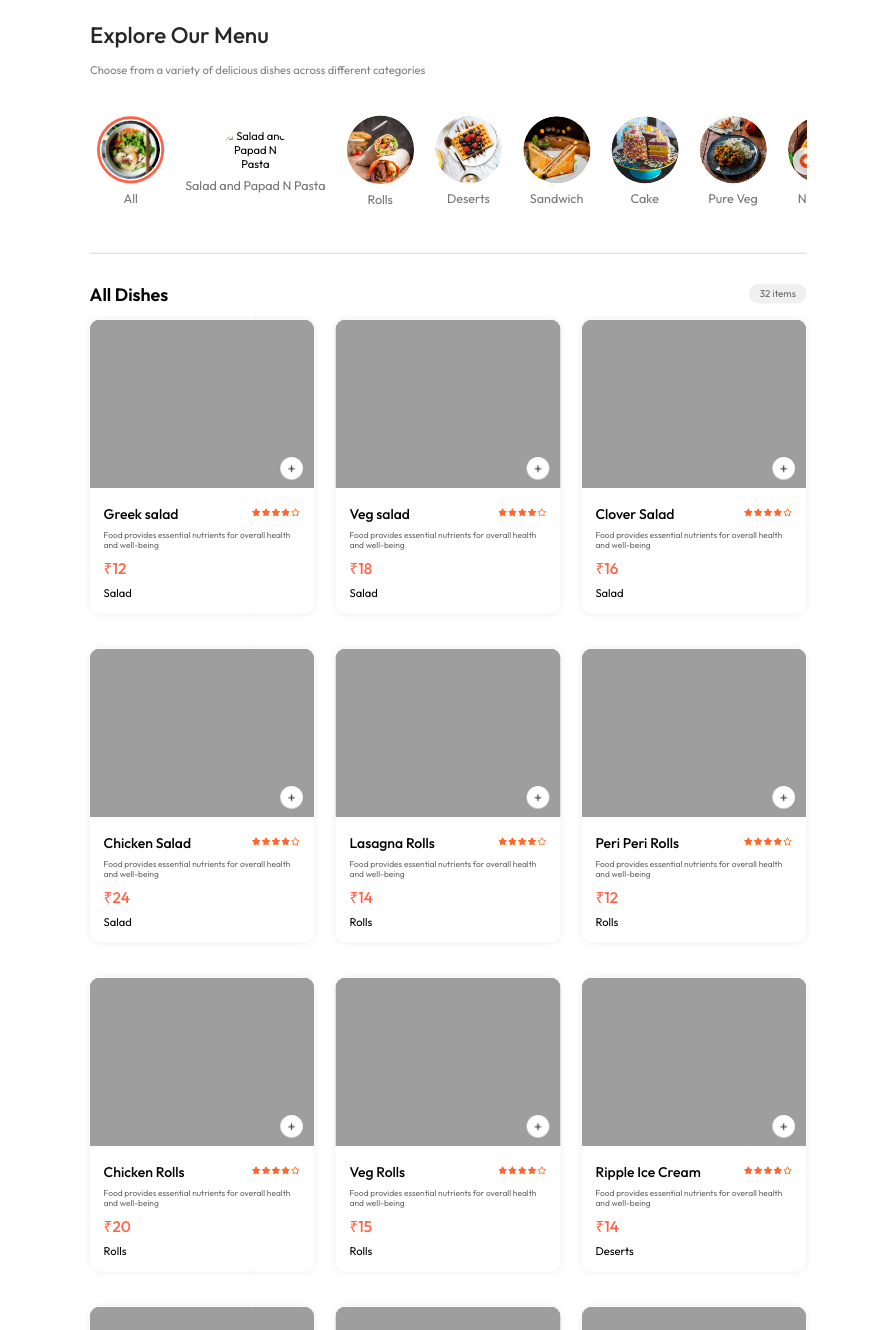
Repository: keyursanglikar/Hotel-Manangement
Page: / (app in frontend/)
The author's editor kept a copy of each file at every save. The page is drawn from the files as they stood at one save, then again after the next save.
The browser window is 1280 px wide. The pictures show the part of the page from y = 609 to 2509 px (the page is 9373 px tall), at 70% of full size.
The page's requests for data from a server got no answer. The project was rebuilt for these pictures with package versions that can differ from the ones it lists, and the page was loaded fresh each time. No one was signed in, and anything a server would have sent is missing. Also part of the build but not shown: frontend/vite.config.js, frontend/src/pages/Cart/Cart.css, frontend/src/pages/Cart/Cart.jsx, frontend/src/pages/PlaceOrder/PlaceOrder.jsx, frontend/src/components/LoginPopup/LoginPopup.css, frontend/src/components/LoginPopup/LoginPopup.jsx, frontend/src/pages/Verify/Verify.css, frontend/src/pages/Verify/Verify.jsx and 2 more.

Above is the page before, as saved 2025-12-04 23:22:21.

After the next save:
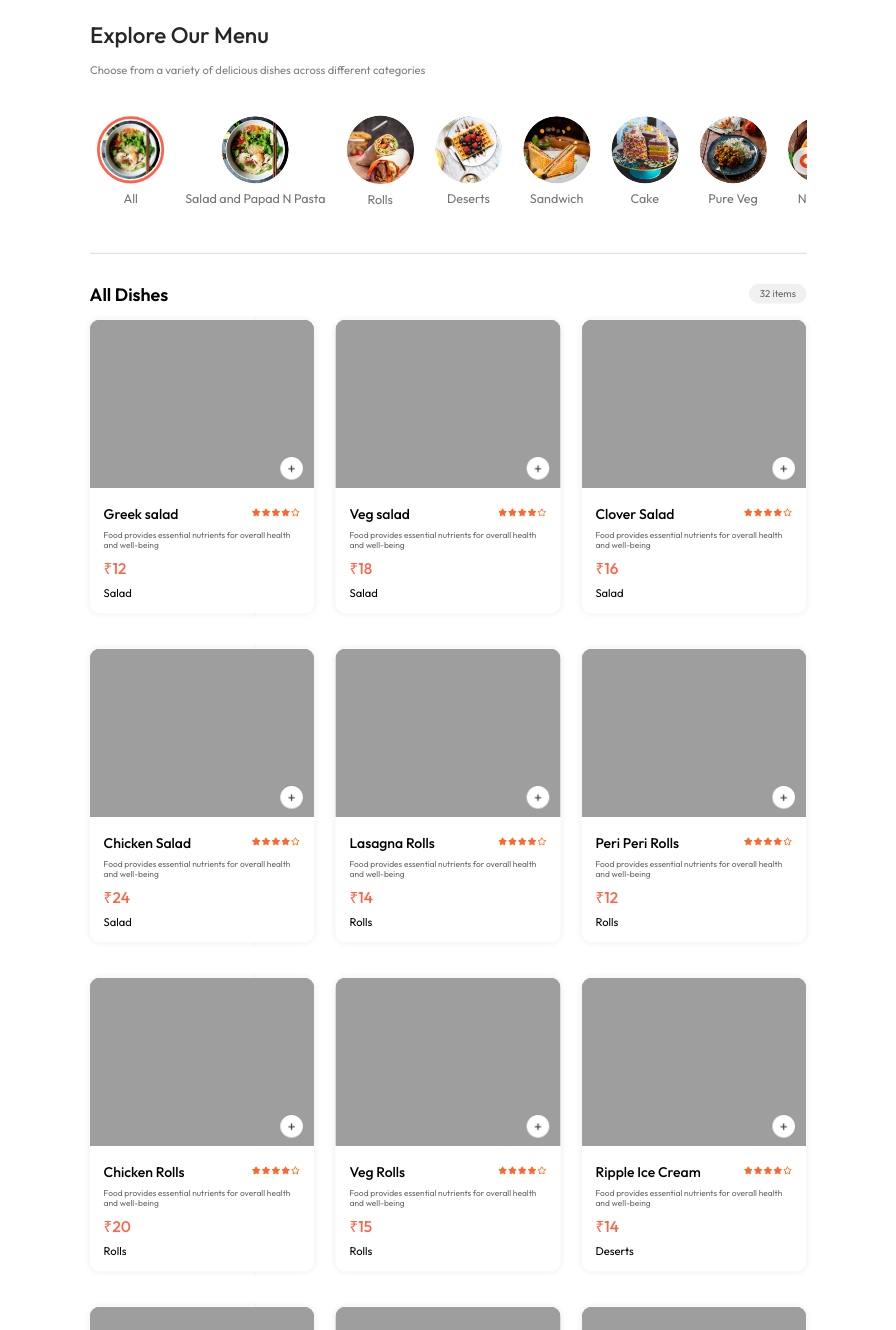
Saved 11 s later.
--- a/frontend/src/assets/assets.js
+++ b/frontend/src/assets/assets.js
@@ -469,7 +469,7 @@ export const assets = {
 
 export const menu_list = [
     {
-        menu_name: "Salad",
+        menu_name: "Salad and Papad N Pasta",
         menu_image: menu_1
     },
     {
